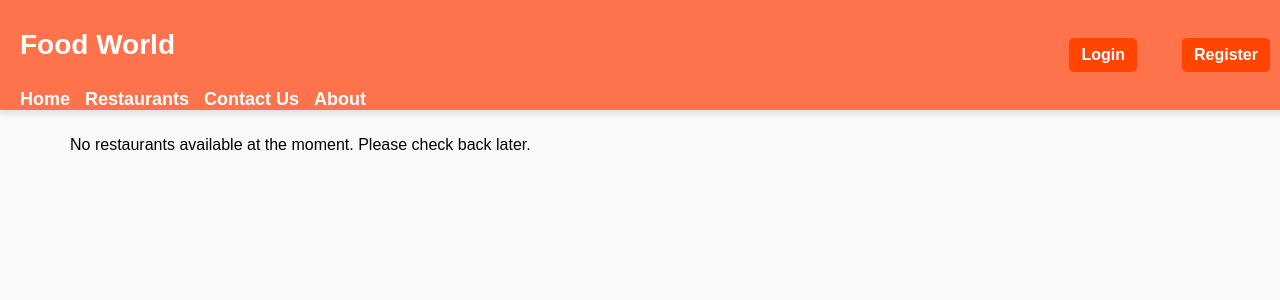
Repository: Sujith-B-S/Food-Application
Page: http://localhost/FoodApplication/home.jsp
These files come from the project's save history. The page is drawn as it stood at one moment and after the next save; the edit follows.
The browser window is 1280 px wide. The pictures show the whole page.
Some web fonts or font styles are not loaded; a fallback is used. The page is served by Tomcat 9.

Above is the page before, as saved 2024-11-16 19:12:40.

After the next save:
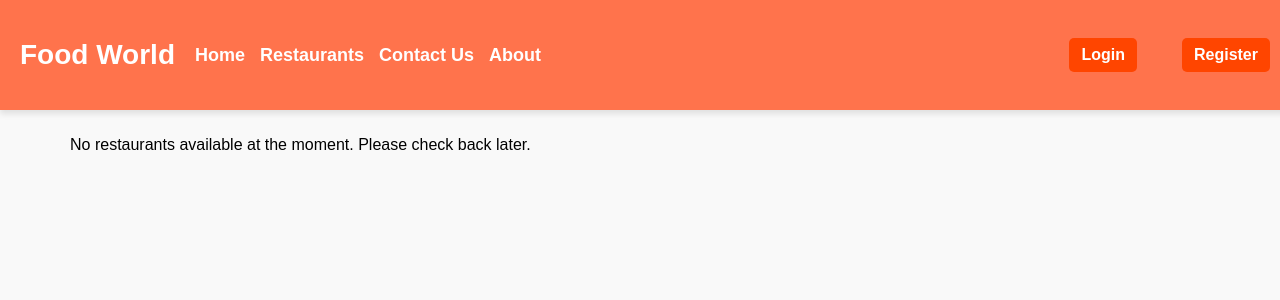
Saved 13 s later.
--- a/FoodApplication/src/main/webapp/home.jsp
+++ b/FoodApplication/src/main/webapp/home.jsp
@@ -42,7 +42,7 @@
             align-items: center;
         }
 
-        .navbar-left .nav .title{
+        .navbar-left {
             display: flex;
             align-items: center;
         }
